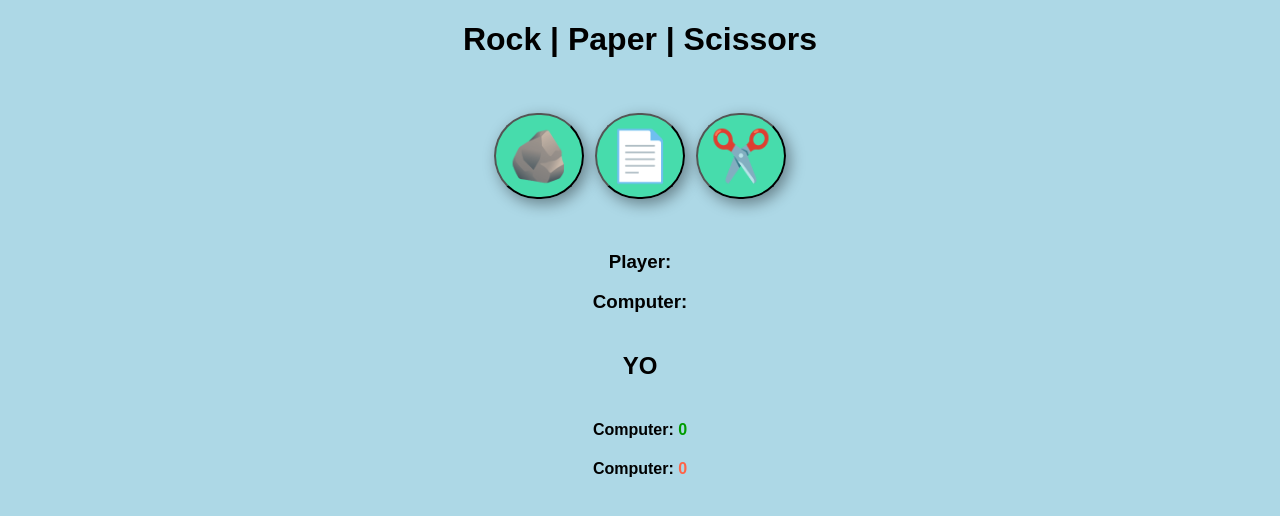
Repository: SakthivelDurai47/Rock-Paper-Sissors
Page: index.html
The author's editor kept a copy of each file at every save. The page is drawn from the files as they stood at one save, then again after the next save.
The browser window is 1280 px wide. The pictures show the whole page.

Above is the page before, as saved 2025-04-14 22:23:55.

After the next save:
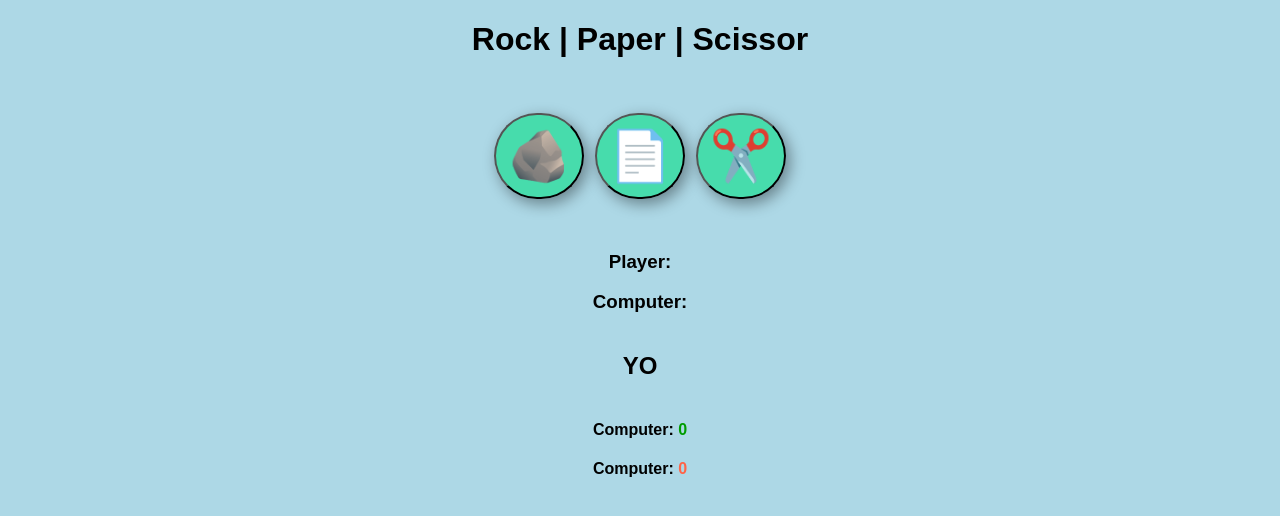
Saved 5 s later.
--- a/index.html
+++ b/index.html
@@ -8,7 +8,7 @@
     <link rel="stylesheet" href="styles.css" />
   </head>
   <body>
-    <h1>Rock | Paper | Scissors</h1>
+    <h1>Rock | Paper | Scissor</h1>
     <div id="choice">
       <button onclick="playGame('Rock')">🪨</button>
       <button onclick="playGame('Paper')">📄</button>
